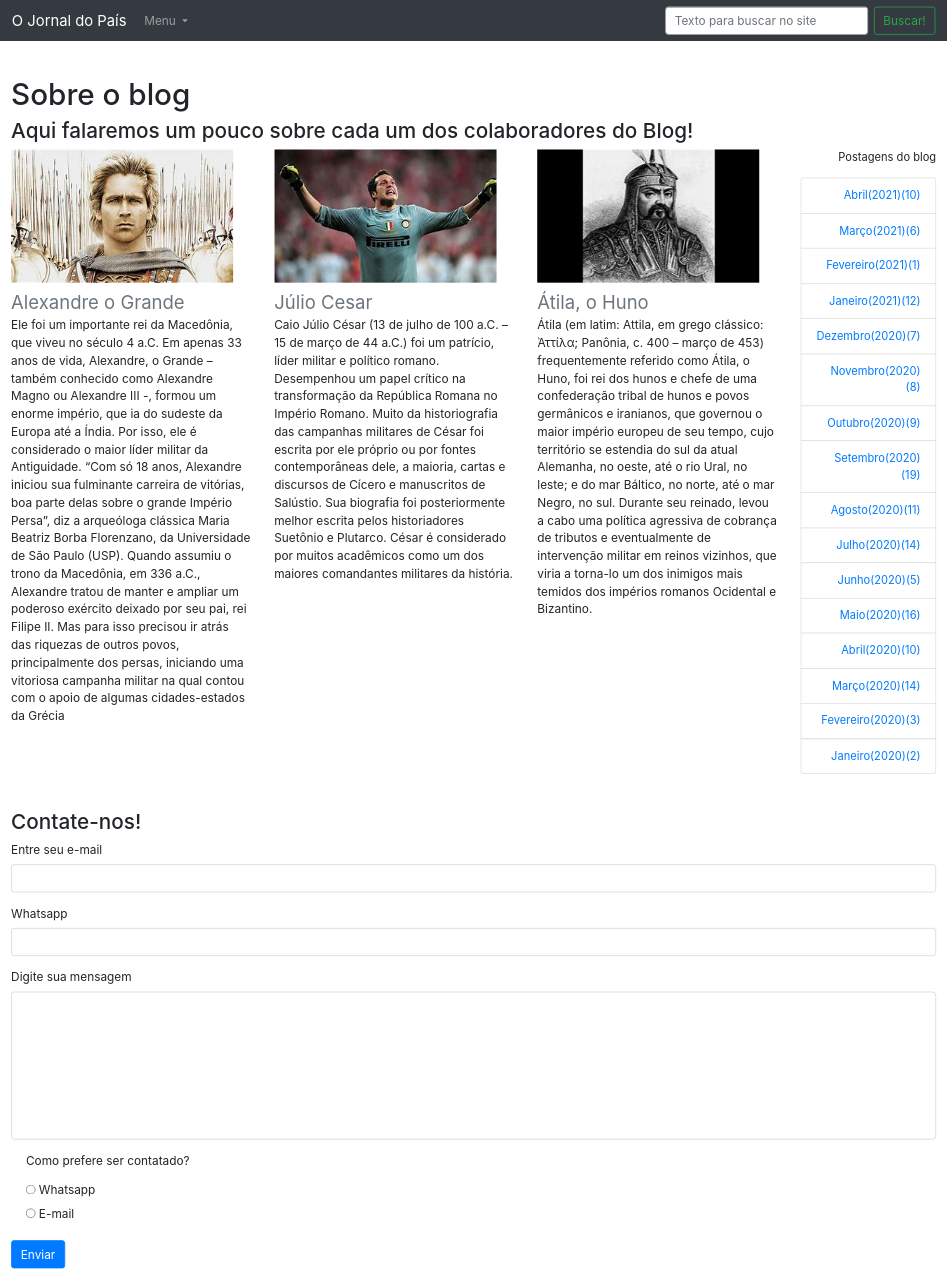
Repository: xhenrique/blog_layout_bootstrap
Page: source/sobre.html
An editor plug-in stored every save of this project. The page is shown before and after the next save, followed by the edit.
The browser window is 1280 px wide. The pictures show the whole page, at 74% of full size.

Above is the page before, as saved 2021-04-25 00:27:53.

After the next save:
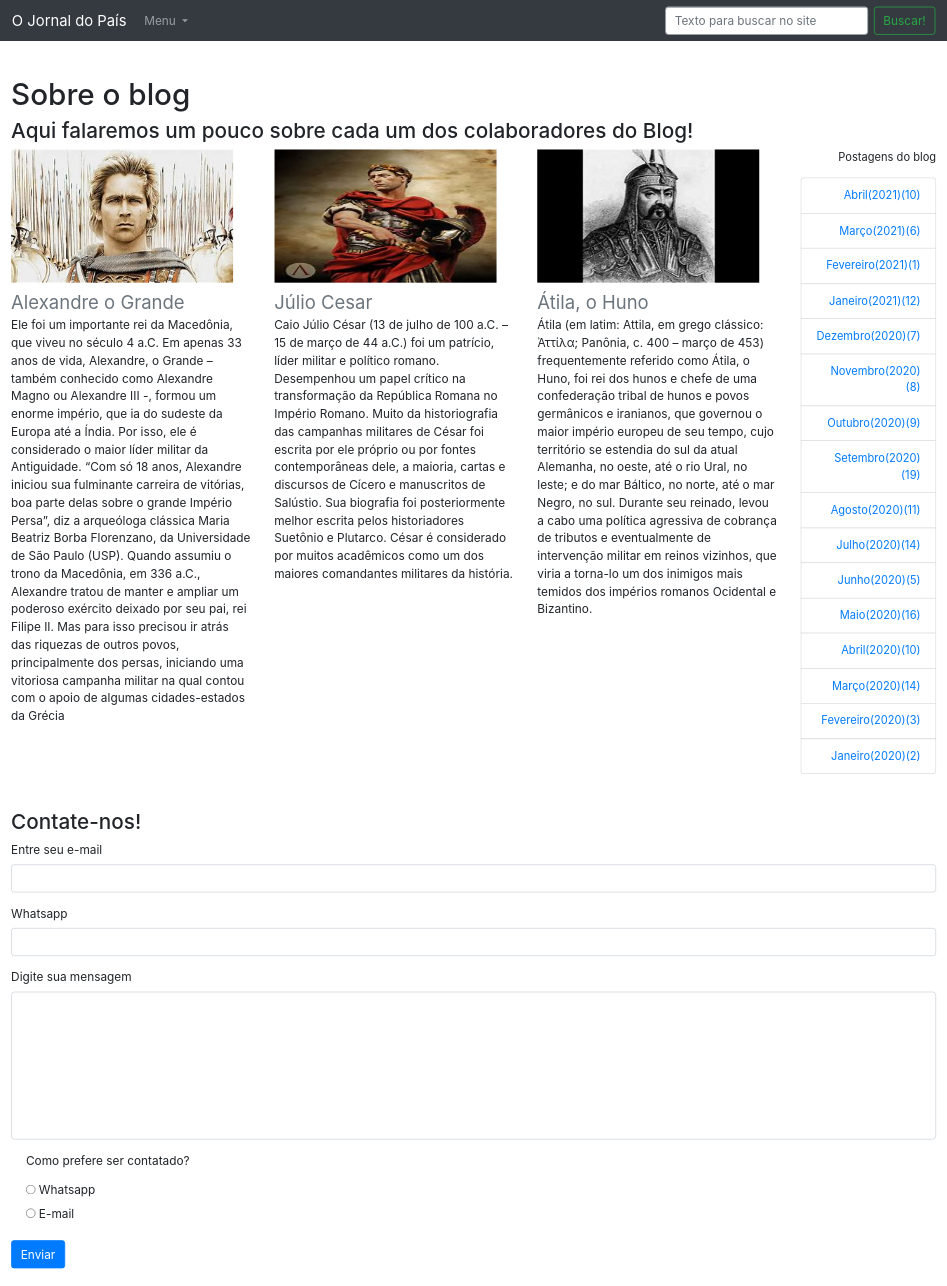
Saved 61 min 38 s later.
--- a/source/sobre.html
+++ b/source/sobre.html
@@ -53,21 +53,21 @@
         </div>
         <div class="row d-flex">
             <div class="col">
-                <img class="figure-img" src="img/alexandre.jpg" alt="Xandão"  style="height: 180px; width: 300px">
+                <img class="figure-img" src="../img/alexandre.jpg" alt="Xandão"  style="height: 180px; width: 300px">
                 <figcaption class="figure-caption" style="font-size: 25px;">
                     Alexandre o Grande
                 </figcaption>
                 <p>Ele foi um importante rei da Macedônia, que viveu no século 4 a.C. Em apenas 33 anos de vida, Alexandre, o Grande – também conhecido como Alexandre Magno ou Alexandre III -, formou um enorme império, que ia do sudeste da Europa até a Índia. Por isso, ele é considerado o maior líder militar da Antiguidade. “Com só 18 anos, Alexandre iniciou sua fulminante carreira de vitórias, boa parte delas sobre o grande Império Persa”, diz a arqueóloga clássica Maria Beatriz Borba Florenzano, da Universidade de São Paulo (USP). Quando assumiu o trono da Macedônia, em 336 a.C., Alexandre tratou de manter e ampliar um poderoso exército deixado por seu pai, rei Filipe II. Mas para isso precisou ir atrás das riquezas de outros povos, principalmente dos persas, iniciando uma vitoriosa campanha militar na qual contou com o apoio de algumas cidades-estados da Grécia</p>
             </div>
             <div class="col">
-                <img class="figure-img" src="img/julio_cesar.jpg" alt="Melhor_do_mundo" style="height: 180px; width: 300px">
+                <img class="figure-img" src="../img/th.jfif" alt="Melhor_do_mundo" style="height: 180px; width: 300px">
                 <figcaption class="figure-caption" style="font-size: 25px;">
                     Júlio Cesar
                 </figcaption>
                 <p>Caio Júlio César (13 de julho de 100 a.C. – 15 de março de 44 a.C.) foi um patrício, líder militar e político romano. Desempenhou um papel crítico na transformação da República Romana no Império Romano. Muito da historiografia das campanhas militares de César foi escrita por ele próprio ou por fontes contemporâneas dele, a maioria, cartas e discursos de Cícero e manuscritos de Salústio. Sua biografia foi posteriormente melhor escrita pelos historiadores Suetônio e Plutarco. César é considerado por muitos acadêmicos como um dos maiores comandantes militares da história.</p>
             </div>
             <div class="col">
-                <img class="figure-img" src="img/atila.jpg" alt="o_huno" style="height: 180px; width: 300px">
+                <img class="figure-img" src="../img/atila.jpg" alt="o_huno" style="height: 180px; width: 300px">
                 <figcaption class="figure-caption" style="font-size: 25px;">
                         Átila, o Huno
                 </figcaption>
